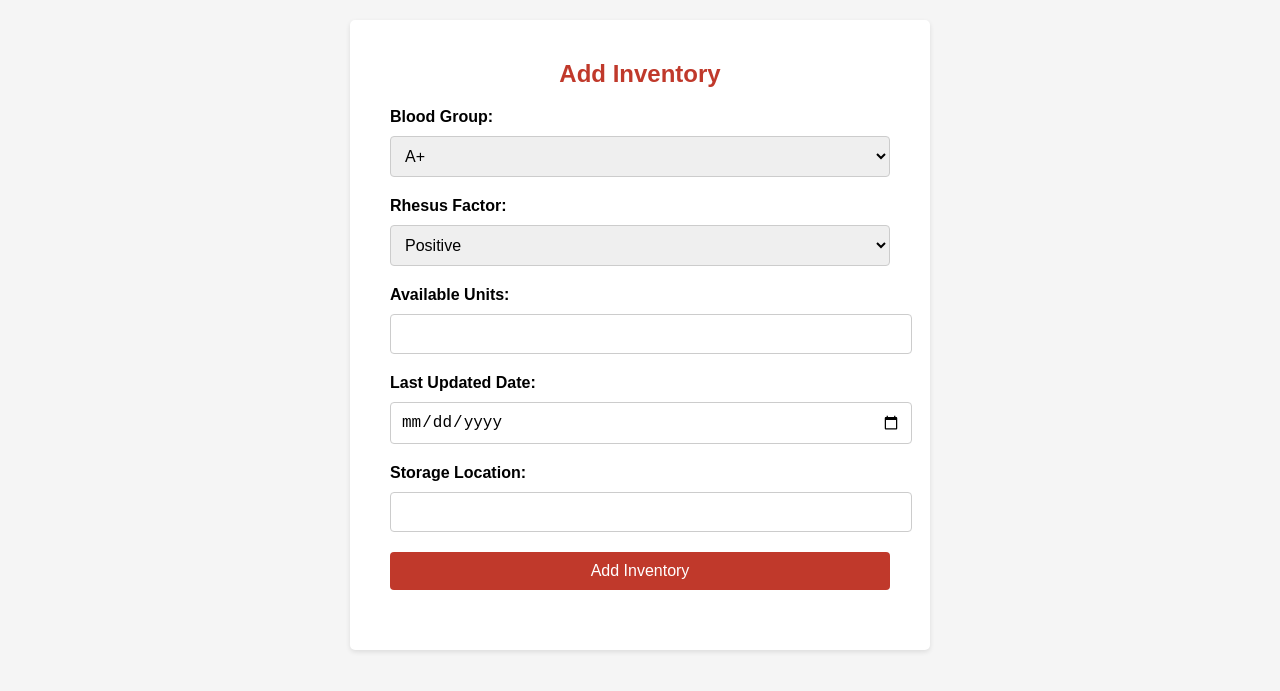
Repository: omi4535/Decentralized_Blood_Bank_System
Page: http://localhost/blood_bank_system/add_new_inventory.jsp
These files come from the project's save history. The page is drawn as it stood at one moment and after the next save; the edit follows.
The browser window is 1280 px wide. The pictures show the whole page.
The page is served by Tomcat 9.

Above is the page before, as saved 2023-07-05 18:35:43.

After the next save:
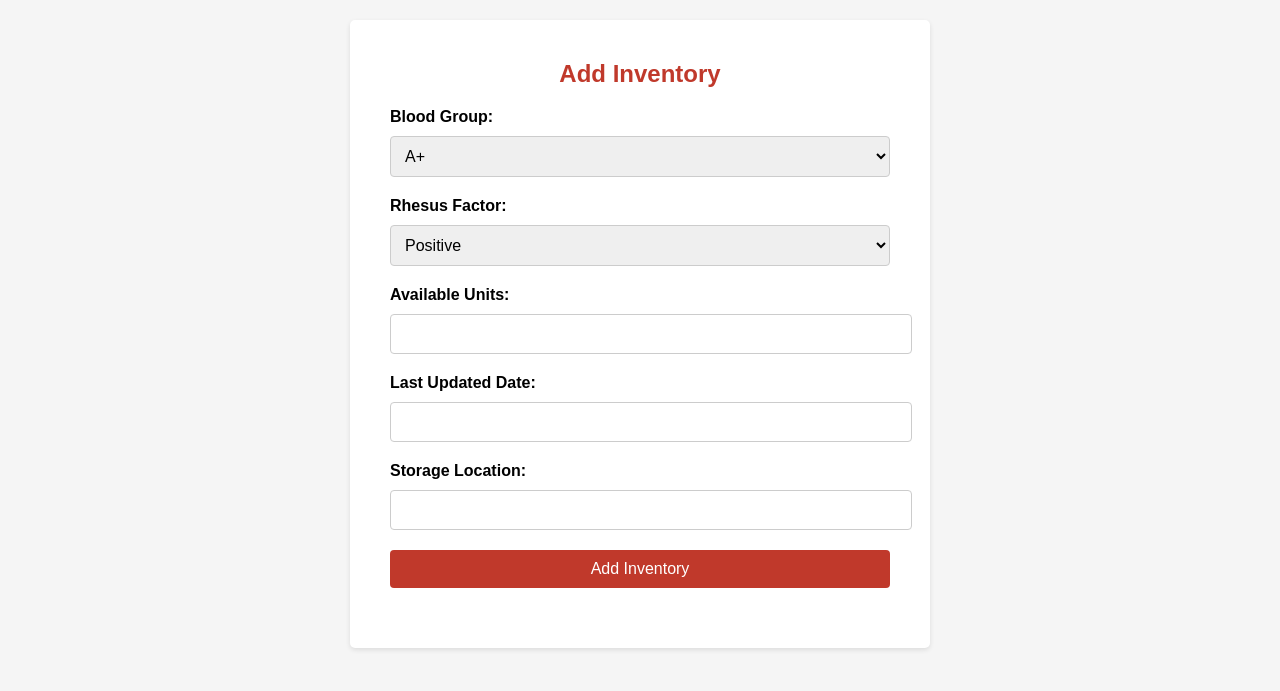
Saved 51 s later.
--- a/blood bank system/src/main/webapp/add_new_inventory.jsp
+++ b/blood bank system/src/main/webapp/add_new_inventory.jsp
@@ -84,7 +84,7 @@
             <input type="text" name="availableUnits" name="availableUnits" required>
 
             <label for="lastUpdatedDate">Last Updated Date:</label>
-            <input type="date" name="lastUpdatedDate" name="lastUpdatedDate" required>
+            <input type="text" name="lastUpdatedDate" name="lastUpdatedDate" required>
 
             <label for="storageLocation">Storage Location:</label>
             <input type="text" name="storageLocation" name="storageLocation" required>
